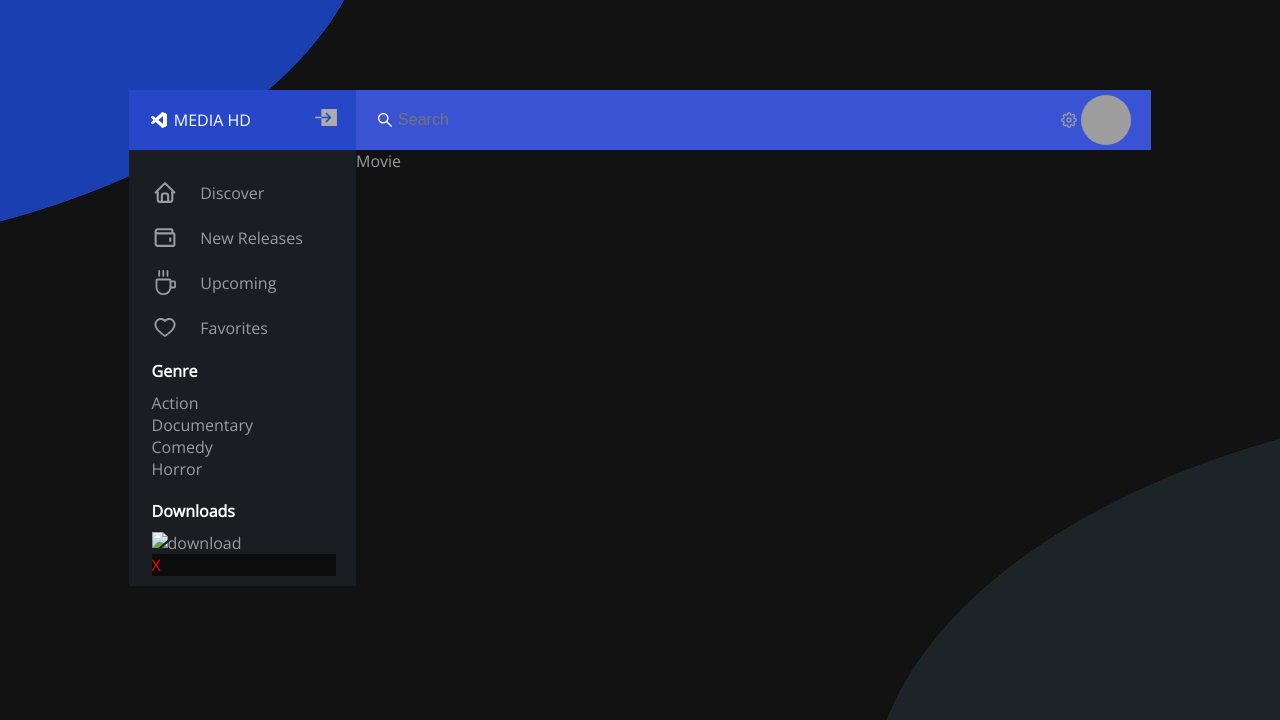
Repository: DevLaukey/movie-task
Page: /
These files come from the project's save history. The page is drawn as it stood at one moment and after a run of saves; the edit follows.
The browser window is 1280 px wide. The pictures show the whole page.
Pictures or frames that could not be fetched are drawn as grey boxes. The page's requests for data from a server got no answer. The project was rebuilt for these pictures with package versions that can differ from the ones it lists, and the page was loaded fresh each time. No one was signed in, and anything a server would have sent is missing. Also part of the build but not shown: src/components/Body/Movies.css.

Above is the page before, as saved 2022-06-15 20:58:19.

### src/App.js
import "./App.css"
import Body from "./components/Body/Body";
import Sidebar from "./components/Sidebar/Sidebar";
import axios from "axios";
import { useEffect, useState } from "react";

function App() {
  const [movies, setMovies] = useState([]);
  const url = "https://api.themoviedb.org/3/";
  const api = axios.create({ baseURL: url });

  const movieDetails = api.get(`/discover/movie?api_key=${process.env.REACT_APP_MOVIEDB_API}`, {
    params: process.env.MOVIEDB_API,
  });

  useEffect(() => {
    movieDetails.then((res) => {
      console.log(res.data.results);
    });
  }, [movies])
  return (
    <main className="App">
      <div className="App__container">
        <Sidebar />
        <Body />
      </div>
    </main>
  );
}

export default App;

### src/index.css
*{
    padding: 0;
    margin: 0;
    box-sizing: border-box;

}

### src/features/counter/counterSlice.js
import { createAsyncThunk, createSlice } from '@reduxjs/toolkit';
import { fetchCount } from './counterAPI';

const initialState = {
  value: 0,
  movies: 'idle',
};

// The function below is called a thunk and allows us to perform async logic. It
// can be dispatched like a regular action: `dispatch(incrementAsync(10))`. This
// will call the thunk with the `dispatch` function as the first argument. Async
// code can then be executed and other actions can be dispatched. Thunks are
// typically used to make async requests.
export const incrementAsync = createAsyncThunk(
  'counter/fetchCount',
  async (amount) => {
    const response = await fetchCount(amount);
    // The value we return becomes the `fulfilled` action payload
    return response.data;
  }
);

export const counterSlice = createSlice({
  name: 'counter',
  initialState,
  // The `reducers` field lets us define reducers and generate associated actions
  reducers: {
    increment: (state) => {
      // Redux Toolkit allows us to write "mutating" logic in reducers. It
      // doesn't actually mutate the state because it uses the Immer library,
      // which detects changes to a "draft state" and produces a brand new
      // immutable state based off those changes
      state.value += 1;
    },
    decrement: (state) => {
      state.value -= 1;
    },
    // Use the PayloadAction type to declare the contents of `action.payload`
    incrementByAmount: (state, action) => {
      state.value += action.payload;
    },
  },
  // The `extraReducers` field lets the slice handle actions defined elsewhere,
  // including actions generated by createAsyncThunk or in other slices.
  extraReducers: (builder) => {
    builder
      .addCase(incrementAsync.pending, (state) => {
        state.status = 'loading';
      })
      .addCase(incrementAsync.fulfilled, (state, action) => {
        state.status = 'idle';
        state.value += action.payload;
      });
  },
});

export const { increment, decrement, incrementByAmount } = counterSlice.actions;

// The function below is called a selector and allows us to select a value from
// the state. Selectors can also be defined inline where they're used instead of
// in the slice file. For example: `useSelector((state: RootState) => state.counter.value)`
export const selectCount = (state) => state.counter.value;

// We can also write thunks by hand, which may contain both sync and async logic.
// Here's an example of conditionally dispatching actions based on current state.
export const incrementIfOdd = (amount) => (dispatch, getState) => {
  const currentValue = selectCount(getState());
  if (currentValue % 2 === 1) {
    dispatch(incrementByAmount(amount));
  }
};

export default counterSlice.reducer;

### src/App.css
@import url('https://fonts.googleapis.com/css2?family=Open+Sans&display=swap');
.App{
    background-image: url(../public/back.jpg);
    width: 100vw;
    height: 100vh;
    background-size: cover;
    background-repeat: no-repeat;
    font-family: 'Open Sans', sans-serif;
    color: rgba(154,156,161,255);
}
.App__container{
    position: absolute;
    display: flex;
    justify-content: center;
    padding: 10vh;
    width: 100%;
}

### src/components/Body/Body.js
import React from "react";
import "./Body.css";
import Movies from "./Movies";
import Nav from "./Nav/Nav";
function Body() {
  return (
    <div className="body">
      <Nav />
      <Movies />
    </div>
  );
}

export default Body;

### src/components/Sidebar/Sidebar.js
import React from "react";
import "./Sidebar.css";
import { IoEnterSharp } from "react-icons/io5";
import { SiVisualstudiocode } from "react-icons/si";

import Links from "./Links";


function Sidebar() {
  return (
    <div className="sidebar">
      <div className="sidebar__top">
        <div className="sidebar__left">
          <SiVisualstudiocode className="sidebar__logo" />
          <p className="sidebar__text">MEDIA HD</p>
        </div>
        <div className="sidebar__right">
          <IoEnterSharp
            style={{ color: "#acacac", height: "25", width: "30" }}
          />
        </div>
      </div>
      <div className="sidebar__bottom">
       <Links />
        <section className="sidebar__genre">
          <p className="sidebar__genre-bold-text">Genre</p>
          <p className="sidebar__genre-text">Action</p>
          <p className="sidebar__genre-text">Documentary</p>
          <p className="sidebar__genre-text">Comedy</p>
          <p className="sidebar__genre-text">Horror</p>
        </section>
        <section className="sidebar__downloads">
          <p className="sidebar__genre-bold-text">Downloads</p>
          <img className="sidebar__download-img" src="" alt="download" />
          <div className="sidebar__downloads-text">
            <p className="sidebar__downloads-cancel">X</p>
      </div>
        </section>
      </div>
    </div>
  );
}

export default Sidebar;

### src/components/Body/Body.css
.body{
    display: flex;
    flex-direction: column;
    top: -20px;
    width: 70%;
}

### src/components/Body/Movies.js
import React from 'react'
import Movie from './Movie'
import "./Movies.css"
function Movies() {
  return (
      <div>
          <Movie />
    </div>
  )
}

export default Movies

### src/components/Body/Nav/Nav.js
import React from 'react'
import "./Nav.css"
import { AiOutlineSearch} from "react-icons/ai";
import { FiSettings } from "react-icons/fi";

function Nav() {
  return (
    <div className="nav">
      <div className="nav__search">
        <AiOutlineSearch style={{ color: "white", fontSize: "20" }} />
        <input
          className="nav__search__input"
          type="text"
          placeholder="Search"
        />
      </div>
      <div className="nav__icons">
        <FiSettings />
        <img
          src={`https://dt2sdf0db8zob.cloudfront.net/wp-content/uploads/2019/12/9-Best-Online-Avatars-and-How-to-Make-Your-Own-for-Free-image1-5.png`}
          alt=""
          className="nav__avatar"
        />
      </div>
    </div>
  );
}

export default Nav

### src/components/Sidebar/Sidebar.css
.sidebar {
  display: flex;
  flex-direction: column;
  margin-top: 18px;
  width: 20%;
  align-items: center;
  background-color: rgba(26, 29, 34, 255);
}
.sidebar__top {
  display: flex;
  width: 100%;
  justify-content: space-between;
  align-items: center;
  padding: 15px;
  background-color: #2647c8;
}
.sidebar__left {
  color: #fff;
  display: flex;
  align-items: center;
}
.sidebar__logo {
  width: 30px;
}
.sidebar__bottom {
  width: 100%;
}

.sidebar__group {
  width: 100%;
  margin-top: 20px;
  display: flex;

  flex-direction: column;
}
.sidebar__option {
  display: flex;
  align-items: center;
  padding: 10px 20px 10px 0;
}
.sidebar__option > *{
margin-left: 10% ;
}
.sidebar__option:hover {
  background-color: #0c0c0c;
  color: rgba(25, 64, 181, 255);
  border-left: 1px solid #2647c8;
}
.sidebar__genre{
  display: flex;
  flex-direction: column;
  padding: 10px 20px 10px 0;
  margin-left: 10%;
}
.sidebar__genre-bold-text{
  font-weight: bold;
  color: #fff;
  font-size: 1em;
  margin-bottom: 10px;
}

.sidebar__downloads{
  display: flex;
  flex-direction: column;
  padding: 10px 20px 10px 0;
  margin-left: 10%;
}
.sidebar__downloads-text{
  /* padding: 10px; */
  background-color: #0c0c0c;

  border-radius: 1px solid blue 50%;
}
.sidebar__downloads-cancel{
  color: red;
}

### src/components/Sidebar/Links.js
import React from 'react'
import { TbHome } from "react-icons/tb";
import { BiWallet } from "react-icons/bi";
import { AiOutlineHeart, AiOutlineCoffee } from "react-icons/ai";


function Links() {
  return (
    <nav className="sidebar__group">
      <div className="sidebar__option">
        <TbHome style={{ height: "25", width: "30" }} />
        <p className="sidebar__option-text">Discover</p>
      </div>
      <div className="sidebar__option">
        <BiWallet style={{ height: "25", width: "30" }} />
        <p className="sidebar__option-text">New Releases</p>
      </div>
      <div className="sidebar__option">
        <AiOutlineCoffee style={{ height: "25", width: "30" }} />
        <p className="sidebar__option-text">Upcoming</p>
      </div>
      <div className="sidebar__option">
        <AiOutlineHeart style={{ height: "25", width: "30" }} />

        <p className="sidebar__option-text">Favorites</p>
      </div>
    </nav>
  );
}

export default Links

### src/components/Body/Movie.js
import React from 'react'
import "./Movies.css"
function Movie() {
  return (
    <div>Movie</div>
  )
}

export default Movie

### src/components/Body/Nav/Nav.css
.nav {
  width: 100%;
  display: flex;
  justify-content: space-between;
  margin-top: 18px;
  align-items: center;
  padding: 5px 20px;
  background-color: #3a53d4;
}
.nav__search {
  display: flex;
  align-items: center;
}
.nav__search__input {
  width: 100%;
  border: none;
  background-color: #3a53d4;
  color: #fff;
  margin-left: 4px;
  font-size: 1em;
}

.nav__search__input:focus {
  outline: none;
}
.nav__icons{
    display: flex;
    align-items: center;
}
.nav__avatar{
    margin-left: 4px;
  vertical-align: middle;
  width: 50px;
  height: 50px;
  border-radius: 50%
}

Loaded but not shown: public/index.html (common file); src/index.js (common file); src/app/store.js (common file); src/reportWebVitals.js (common file); src/features/counter/counterAPI.js (common file)

After the next 2 saves:
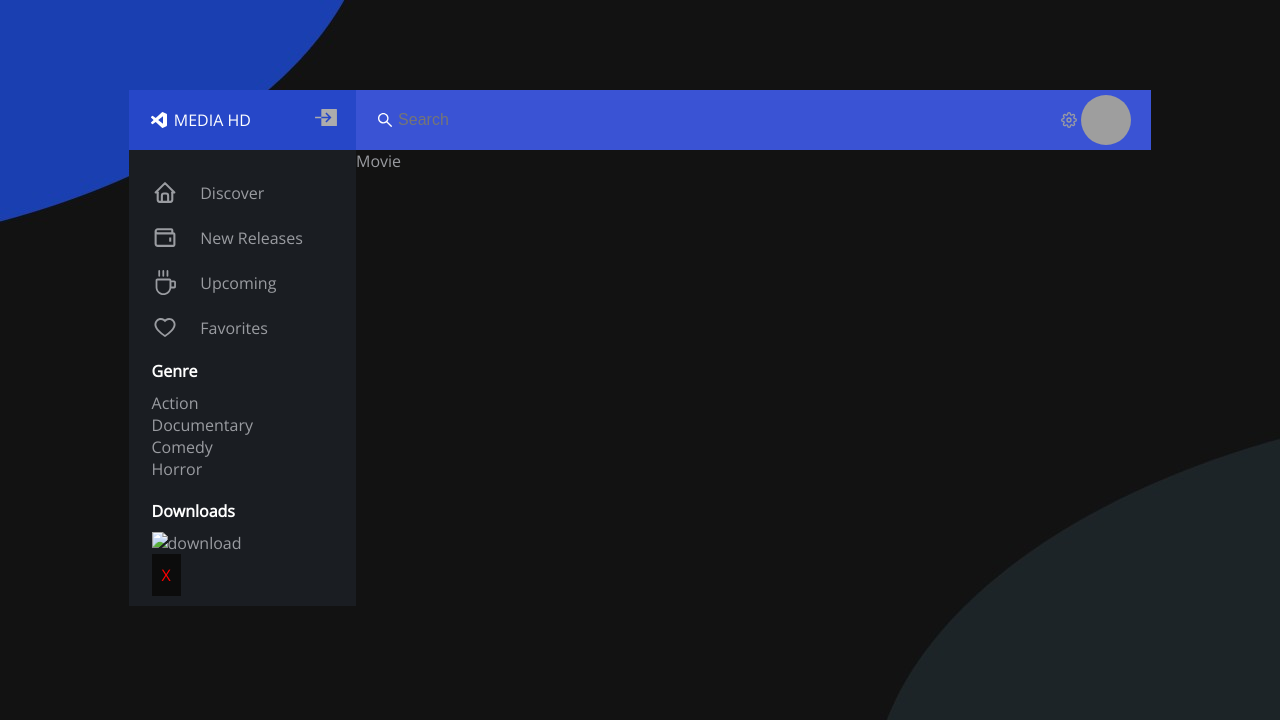
The 2 saves are shown as one change because they came seconds apart.
The last was saved 14 s later.
--- a/src/components/Sidebar/Sidebar.css
+++ b/src/components/Sidebar/Sidebar.css
@@ -66,9 +66,9 @@ margin-left: 10% ;
   margin-left: 10%;
 }
 .sidebar__downloads-text{
-  /* padding: 10px; */
+  padding: 10px;
   background-color: #0c0c0c;
-
+width:fit-content;
   border-radius: 1px solid blue 50%;
 }
 .sidebar__downloads-cancel{
